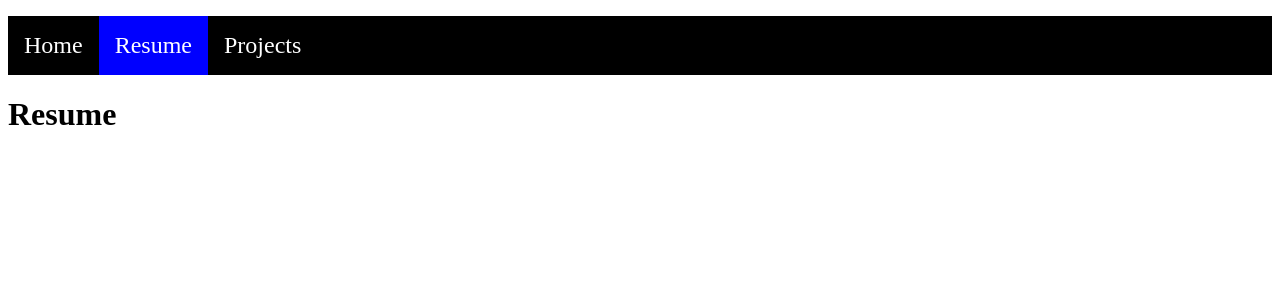
Repository: Dez2020/Dez2020.github.io
Page: resume.html
The author's editor kept a record of every edit. The page is drawn from the files as they stood at one moment, then again after the next edit.
The browser window is 1280 px wide. The pictures show the whole page.

Above is the page before.

### resume.html
<!DOCTYPE html>
<html>
    <head>
    <title>Resume</title>
    <style>


   .navbar{
    list-style: none;
    background-color: black;
    overflow: hidden;
    padding:0;
    }

    .navbar a, .dropdown div{
        text-decoration:none;
        color: white;
        font-size:24px;
        padding:16px;
        display:inline-block;
    }

    .navbar li{
        float: left;
     }

     .navbar li:hover{
        background-color: blue;
     }

     .dropdown-content{
        list-style:none;
        padding:0;
        display:none;
        position:absolute;
        z-index: 1;
        background-color: green;
     }

     .dropdown-content li{
         float:none;
     }

      .dropdown:hover .dropdown-content{
         display: block;
      }

      .active{
          background-color: blue;
      }

    </style>
</head>
    <body>
        <ul class = "navbar">
            <li><a href="/index.html">Home</a><li>
            <li class = "active"><a href="resume.html">Resume</a><li>
            <li class= "dropdown">
               <div>Projects</div>
               <ul class = "dropdown-content">

                  <li><a href="#">project 1</a><li>
                  <li><a href="#">project 2</a><li>
                  <li><a href="#">project 3</a></li>


               </ul>



            </li>


        </ul>

        <h1>Resume</h1>


    </body>
</html>

After the next edit:
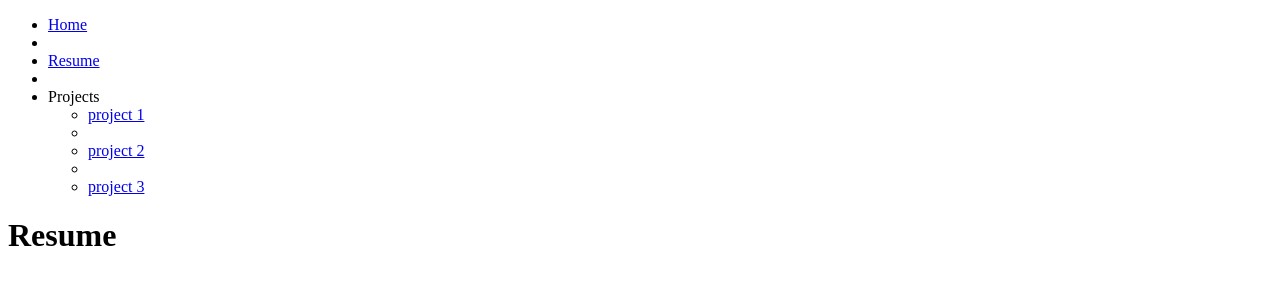
The edit:
--- a/resume.html
+++ b/resume.html
@@ -2,54 +2,7 @@
 <html>
     <head>
     <title>Resume</title>
-    <style>
 
-
-   .navbar{
-    list-style: none;
-    background-color: black;
-    overflow: hidden;
-    padding:0;
-    }
-
-    .navbar a, .dropdown div{
-        text-decoration:none;
-        color: white;
-        font-size:24px;
-        padding:16px;
-        display:inline-block;
-    }
-
-    .navbar li{
-        float: left;
-     }
-
-     .navbar li:hover{
-        background-color: blue;
-     }
-
-     .dropdown-content{
-        list-style:none;
-        padding:0;
-        display:none;
-        position:absolute;
-        z-index: 1;
-        background-color: green;
-     }
-
-     .dropdown-content li{
-         float:none;
-     }
-
-      .dropdown:hover .dropdown-content{
-         display: block;
-      }
-
-      .active{
-          background-color: blue;
-      }
-
-    </style>
 </head>
     <body>
         <ul class = "navbar">
